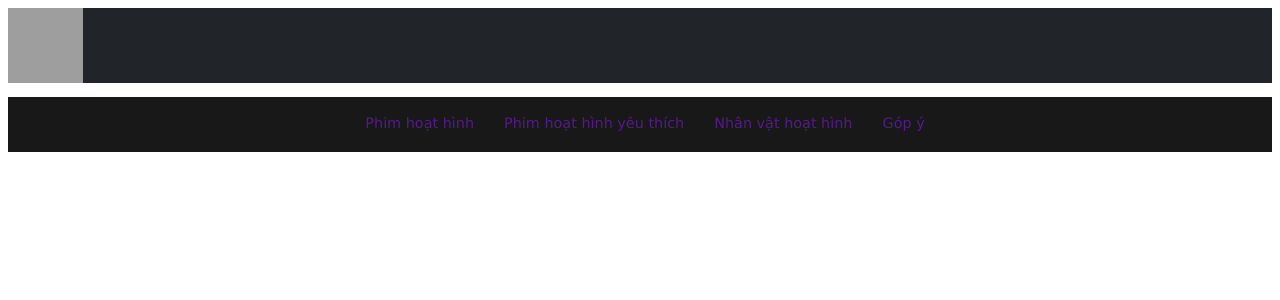
Repository: congle98/CSS_WebXemPhimYoutube
Page: index.html
These files come from the project's save history. The page is drawn as it stood at one moment and after a run of saves; the edit follows.
The browser window is 1280 px wide. The pictures show the whole page.
Pictures or frames that could not be fetched are drawn as grey boxes.

Above is the page before, as saved 2021-05-26 17:10:25.

### index.html
<!DOCTYPE html>
<html lang="en">
<head>
    <meta charset="UTF-8">
    <meta http-equiv="X-UA-Compatible" content="IE=edge">
    <meta name="viewport" content="width=device-width, initial-scale=1.0">
    <title>Document</title>
    <style>
        body{
            font-family: Verdana,sans-serif;
            font-size: 0.9em;
        }
        .col-1 {width: 8.33%;}
        .col-2 {width: 16.66%;}
        .col-3 {width: 25%;}
        .col-4 {width: 33.33%;}
        .col-5 {width: 41.66%;}
        .col-6 {width: 50%;}
        .col-7 {width: 58.33%;}
        .col-8 {width: 66.66%;}
        .col-9 {width: 75%;}
        .col-10 {width: 83.33%;}
        .col-11 {width: 91.66%;}
        .col-12 {width: 100%;}
        .header{
            position: relative;
            background-color: #212529;
            height:75px;
        }
        .header-logo{
            position: absolute;
        }
        .header-logo img{
            width: 75px;
            height: 75px;
        }
        .head-link{
            height: 55px;
            background-color:#181818;
        }
        .header-link-item{

            display: inline-block;
            margin-top: 18px;
            margin-right: 30px;
        }
        .header-link-list{
            display: flex;
            justify-content:center;
        }
        .header-link-item a{
            text-decoration: none;
        }

    </style>
</head>
<body>
    <div class="header col-12">
        <div class="header-logo">
            <img src="/img/logo.png" alt="not fount">
        </div>
    </div>
    <div class="head-link col-12">
        <ul class="header-link-list">
            <li class="header-link-item"><a href="">Phim hoạt hình</a></li>
            <li class="header-link-item"><a href="">Phim hoạt hình yêu thích</a></li>
            <li class="header-link-item"><a href="">Nhân vật hoạt hình</a></li>
            <li class="header-link-item"><a href="">Góp ý</a></li>
        </ul>
    </div>
    <div class="content">

    </div>
    <div class="footer">

    </div>
</body>
</html>

After the next 5 saves:
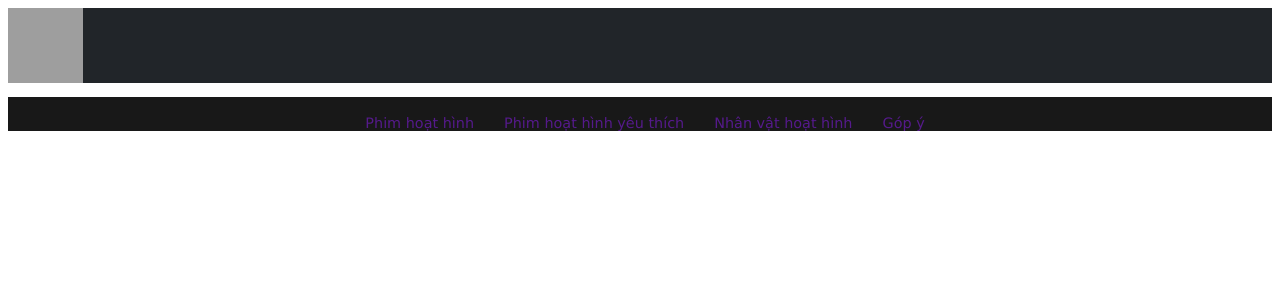
The 5 saves are shown as one change because they came seconds apart.
The last was saved 15 s later.
--- a/index.html
+++ b/index.html
@@ -35,11 +35,11 @@
             height: 75px;
         }
         .head-link{
+            position:
             height: 55px;
             background-color:#181818;
         }
         .header-link-item{
-
             display: inline-block;
             margin-top: 18px;
             margin-right: 30px;

After the 5 saves that followed:
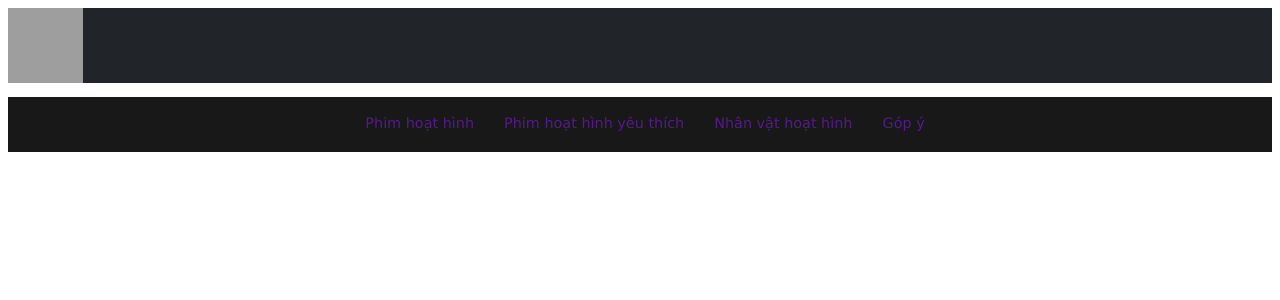
The 5 saves are shown as one change because they came seconds apart.
The last was saved 10 s later.
--- a/index.html
+++ b/index.html
@@ -35,7 +35,8 @@
             height: 75px;
         }
         .head-link{
-            position:
+            position:relative;
+            top: 0;
             height: 55px;
             background-color:#181818;
         }
